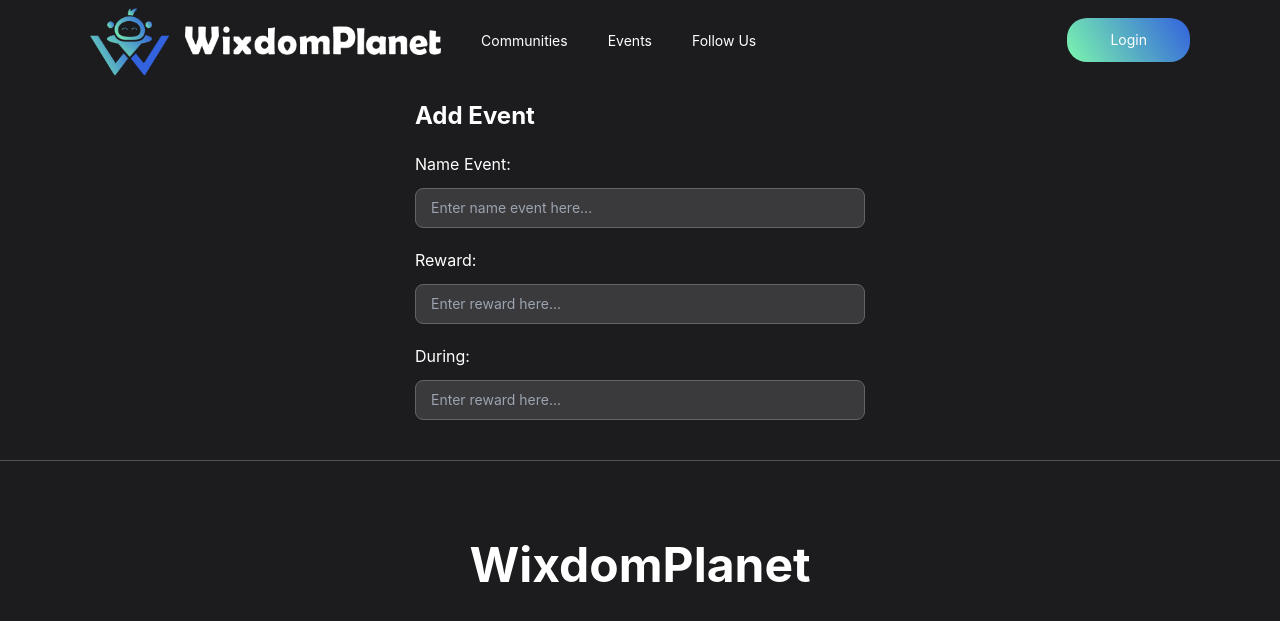
Repository: haudnn/WixdomPlanet-demo
Page: /add
An editor plug-in stored every save of this project. The page is shown before and after the next save, followed by the edit.
The browser window is 1280 px wide. The pictures show the whole page.
The project was rebuilt for these pictures with package versions that can differ from the ones it lists, and the page was loaded fresh each time. Also part of the build but not shown: vite.config.js, src/App.css, src/features/Event/components/EventItem.jsx, src/features/Event/page/Event.jsx, src/features/Home.jsx.

Above is the page before, as saved 2023-02-03 11:58:08.

### src/App.jsx
import "./App.css";
import { BrowserRouter } from "react-router-dom";
import Header from "./components/Layout/Header";
import RoutesConfig from "./config/RoutesConfig";
import Footer from "./components/Layout/Footer";
function App() {
  return (
    <div className="App bg-[#1c1c1e] min-h-screen">
      <BrowserRouter>
        <Header />
        <RoutesConfig/>
        <Footer/>
      </BrowserRouter>
    </div>
  );
}

export default App;

### src/index.css
@tailwind base;
@tailwind components;
@tailwind utilities;

:root {
  font-family: Inter, system-ui, Avenir, Helvetica, Arial, sans-serif;
}

### src/components/Layout/Header.jsx
import React from 'react'
import { Link } from 'react-router-dom'
import logo from "../../assets/imgs/logo.png"
const Header = () => {
  return (
    <header className='h-[80px]'>
        <div className='max-w-[1140px] my-0 mx-auto h-full px-5'>
            <div className='flex items-center justify-between h-full'>
                <div className='flex items-center gap-x-10'>
                    <div className='h-[80px]'>
                        <Link to="/">
                            <img src={logo} alt="Logo" className='w-full h-full object-cover' />
                        </Link>
                    </div>
                    <ul className='flex items-center gap-x-10'>
                        <li>
                            <Link className='text-sm text-white' to="/communities">Communities</Link>
                        </li>
                        <li>
                            <Link className='text-sm text-white' to="/events">Events</Link>
                        </li>
                        <li>
                            <Link className='text-sm text-white' to="/follow">Follow Us</Link>
                        </li>
                    </ul>
                </div>
                <button style={{background: "linear-gradient(239deg,#3262dd,#7af4ae 98.78%)"}} className='text-sm text-white rounded-[20px] py-3 px-[43px]'>
                    <Link to="/login">Login</Link>
                </button>
            </div>
        </div>
    </header>
  )
}

export default Header

### src/config/RoutesConfig.jsx
import { Routes, Route } from 'react-router-dom';
import routes from '../constants/routes';
function RoutesConfig() {
  return (
    <Routes>
      {routes.map(({ path, component }) => (
        <Route key={path} path={path} element={component} />
      ))}
    </Routes>
  );
}
export default RoutesConfig;

### src/components/Layout/Footer.jsx
import React from 'react'

const Footer = () => {
  return (
    <footer className='border-t border-solid border-[#525252]'>
        <div className='max-w-[1140px] my-0 mx-auto px-5'>
            <div className="pt-[80px] pb-[48px] text-center text-white text-5xl font-bold">
               WixdomPlanet
            </div>
        </div>
    </footer>
  )
}

export default Footer

### src/constants/routes.jsx
import AddEvent from "../features/Event/page/AddEvent";
import Home from "../features/Home";

const routes = [
    {
      path: '/',
      component: <Home/>,
    },
    {
        path: '/add',
        component: <AddEvent/>,
      },
]
export default routes;

### src/features/Event/page/AddEvent.jsx
import React from "react";

const AddEvent = () => {
  return (
    <section className="add flex items-center justify-center my-5">
      <div>
        <p className="font-bold text-2xl text-white">Add Event</p>
        <div className="form mt-5">
          <form action="">
            <div className="mb-5">
              <label htmlFor="" className="text-white text-base">
                Name Event:
              </label>
              <div className="mt-3 w-[450px]">
                <input
                  type="text"
                  placeholder="Enter name event here..."
                  className="text-sm px-[15px] h-10 leading-10 border border-solid border-[#636366] inline-block w-full bg-[#3a3a3c] rounded-lg text-white"
                />
              </div>
            </div>
            <div className="mb-5">
              <label htmlFor="" className="text-white text-base">
                Reward:
              </label>
              <div className="mt-3 w-[450px]">
                <input
                  type="text"
                  placeholder="Enter reward here..."
                  className="text-sm px-[15px] h-10 leading-10 border border-solid border-[#636366] inline-block w-full bg-[#3a3a3c] rounded-lg text-white"
                />
              </div>

            </div>
            <div className="mb-5">
              <label htmlFor="" className="text-white text-base">
                During:
              </label>
              <div className="mt-3 w-[450px]">
                <input
                  type="text"
                  placeholder="Enter reward here..."
                  className="text-sm px-[15px] h-10 leading-10 border border-solid border-[#636366] inline-block w-full bg-[#3a3a3c] rounded-lg text-white"
                />
              </div>

            </div>
          </form>
        </div>
      </div>
    </section>
  );
};

export default AddEvent;

Loaded but not shown: index.html (common file); src/main.jsx (common file); tailwind.config.cjs (common file)

After the next save:
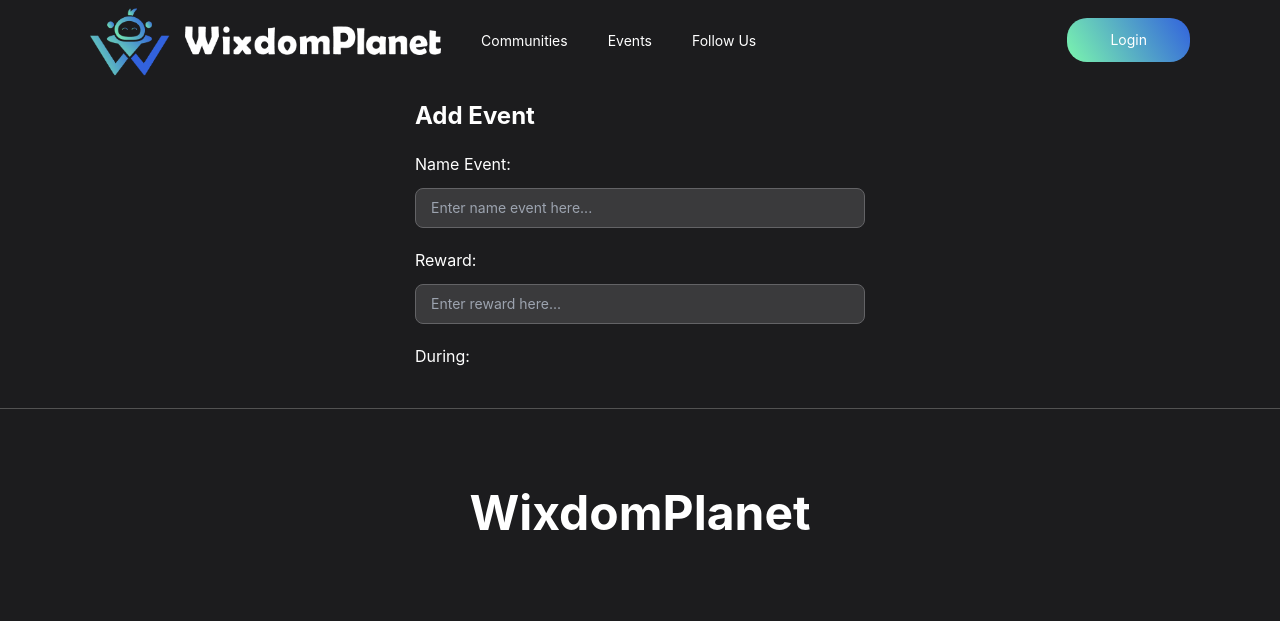
Saved 22 s later.
--- a/src/features/Event/page/AddEvent.jsx
+++ b/src/features/Event/page/AddEvent.jsx
@@ -36,14 +36,6 @@ const AddEvent = () => {
               <label htmlFor="" className="text-white text-base">
                 During:
               </label>
-              <div className="mt-3 w-[450px]">
-                <input
-                  type="text"
-                  placeholder="Enter reward here..."
-                  className="text-sm px-[15px] h-10 leading-10 border border-solid border-[#636366] inline-block w-full bg-[#3a3a3c] rounded-lg text-white"
-                />
-              </div>
-
             </div>
           </form>
         </div>
